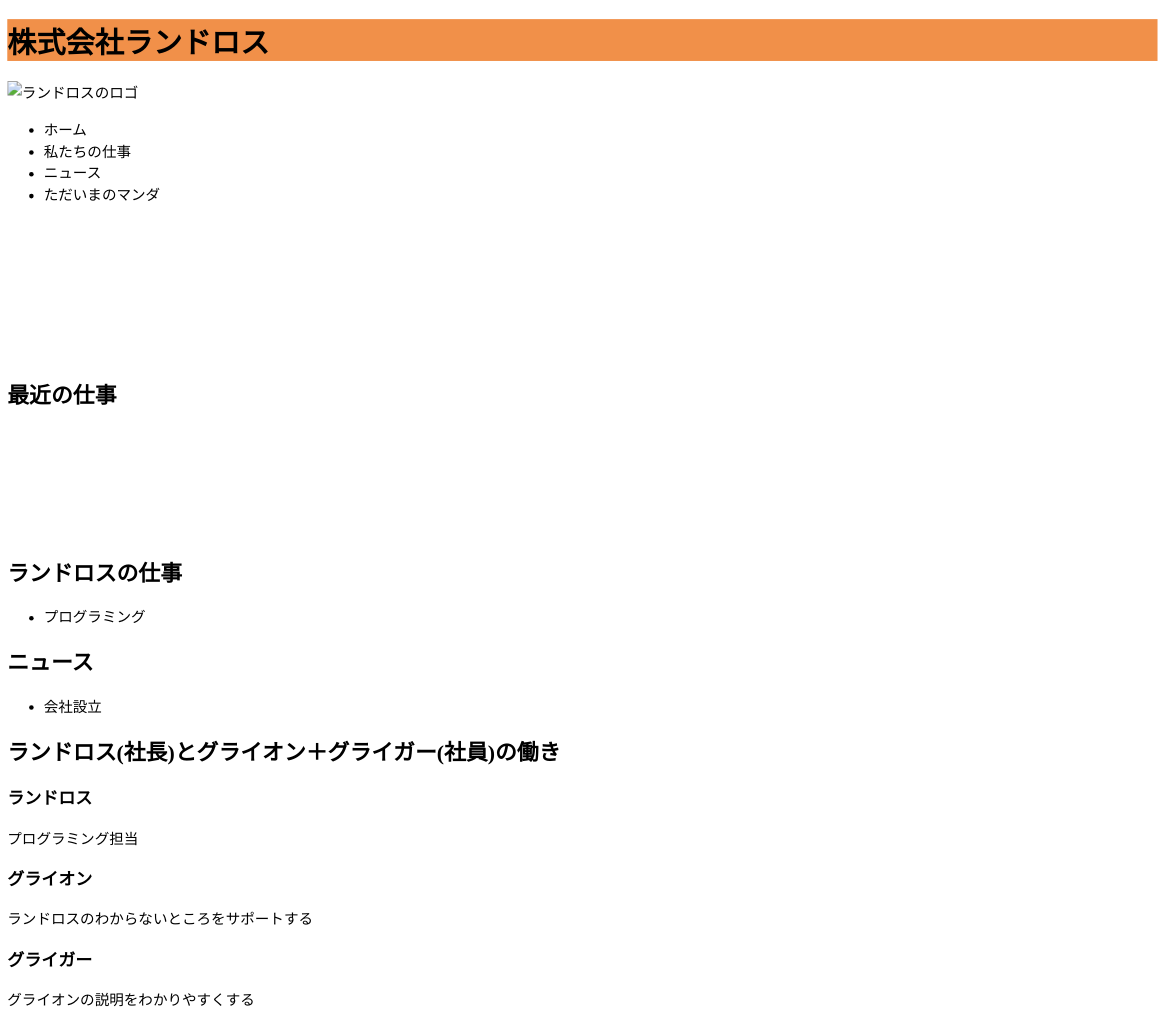
Repository: KustomApe/LandorusInc
Page: origin.html
An editor plug-in stored every save of this project. The page is shown before and after the next save, followed by the edit.
The browser window is 1280 px wide. The pictures show the whole page, at 91% of full size.

Above is the page before, as saved 2021-05-22 13:59:15.

### origin.html
<!DOCTYPE html>
<html lang="ja">
<head>
    <meta charset="UTF-8">
    <meta http-equiv="X-UA-Compatible" content="IE=edge">
    <meta name="viewport" content="width=device-width, initial-scale=1.0">
    <title>株式会社ランドロス</title>
    <link rel="stylesheet" href="./css/style.css">
</head>
<body>
<h1>株式会社ランドロス</h1>
<p><img alt="ランドロスのロゴ"></p>
<ul>
    <li>ホーム</li>
    <li>私たちの仕事</li>
    <li>ニュース</li>
    <li>ただいまのマンダ</li>
</ul>
<video></video>
<h2>最近の仕事</h2>
    <p><img><span></span></p>
    <p><img><span></span></p>
    <p><img><span></span></p>
    <p><img><span></span></p>
<h2>ランドロスの仕事</h2>
<ul>
   <li>プログラミング</li>
</ul>
<h2>ニュース</h2>
<ul>
   <li>会社設立</li>
</ul>
   <h2>ランドロス(社長)とグライオン＋グライガー(社員)の働き</h2>
<h3>ランドロス</h3>
<p>プログラミング担当</p>
<h3>グライオン</h3>
<p>ランドロスのわからないところをサポートする</p>
<h3>グライガー</h3>
<p>グライオンの説明をわかりやすくする</p>
</body>
</html>

### css/style.css
@charset "utf-8";

h1 {
    background-color: #F19049;
}

After the next save:
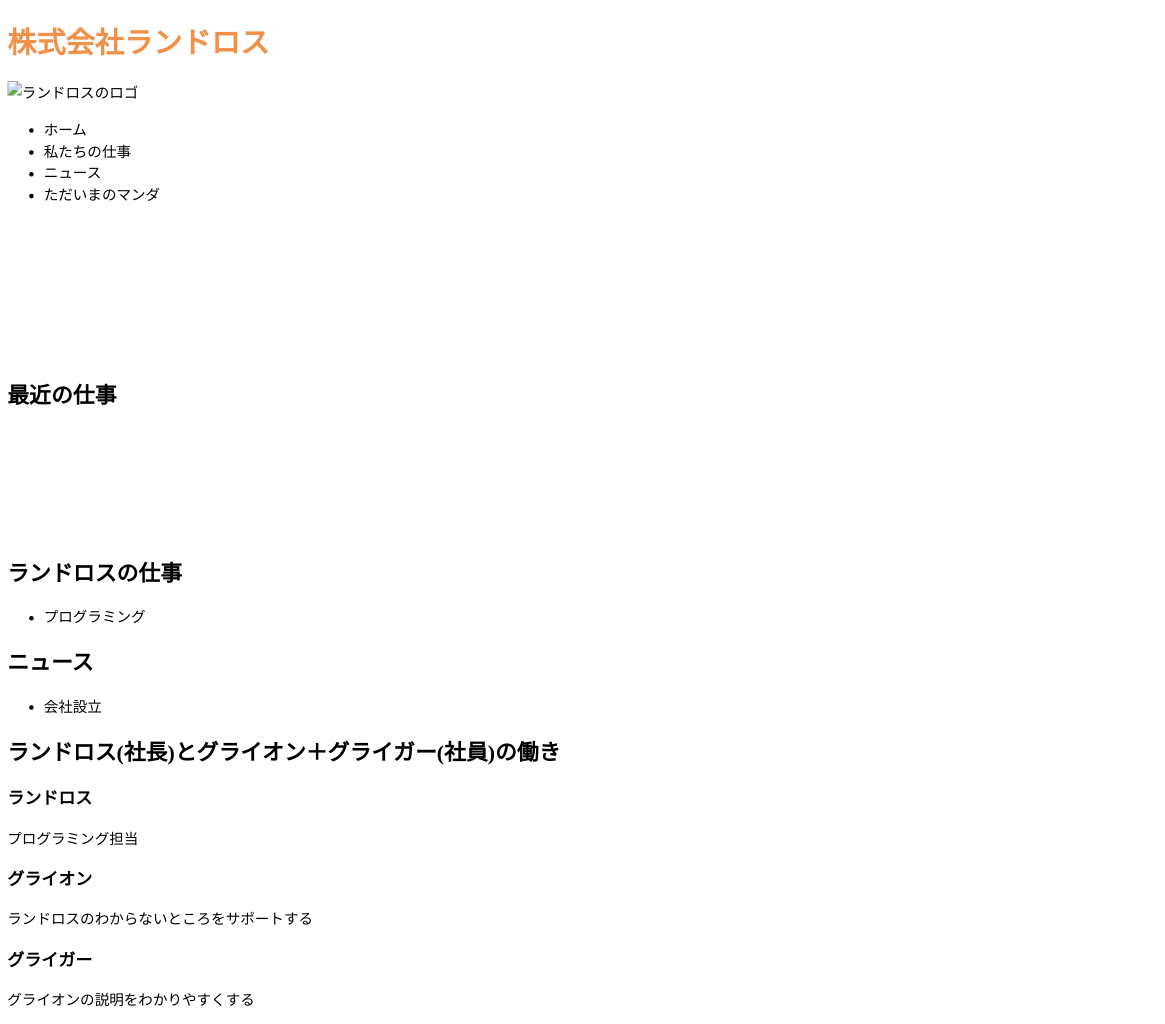
Saved 1 s later.
--- a/css/style.css
+++ b/css/style.css
@@ -1,5 +1,5 @@
 @charset "utf-8";
 
 h1 {
-    background-color: #F19049;
+    color: #F19049;
 }
